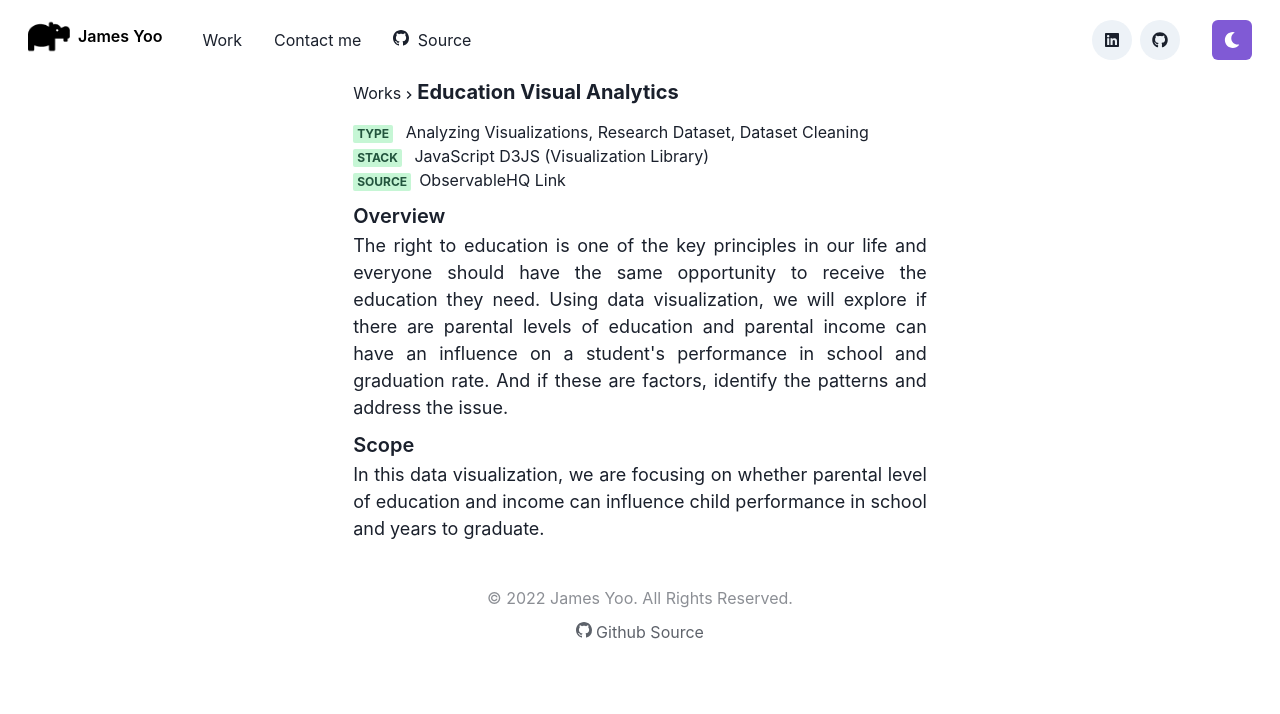
Repository: jammy729/portfolio-2022
Page: /work/educationvisualanalytics
The author's editor kept a copy of each file at every save. The page is drawn from the files as they stood at one save, then again after a run of saves.
The browser window is 1280 px wide. The pictures show the whole page.
The project was rebuilt for these pictures with package versions that can differ from the ones it lists, and the page was loaded fresh each time. Also part of the build but not shown: src/components/home.js, src/components/contact.js, src/components/layouts/layout.js, src/components/work/work.js, src/components/work/Development/WorldInstitutionDatabase/worldinstitutiondatabase.js, src/components/work/Development/GeoMemories/geomemories.js, src/components/work/Design/ExperienceDesign/experiencedesign.js, src/components/work/Development/PersonalPortfolio/personalportfolio.js. Imported but missing from the stored project, and not drawn on this page: src/components/work/Design/FinestCup/finestcup, src/components/work/Development/WorldInstitutionDatabase/universityDatabase.mp4.

Above is the page before, as saved 2022-06-28 15:02:39.

### public/index.html
<!DOCTYPE html>
<html lang="en">
  <head>
    <meta charset="utf-8" />
    <meta name="viewport" content="width=device-width, initial-scale=1" />

    <link rel="shortcut icon" href="%PUBLIC_URL%/hippo.png" />
    <link rel="manifest" href="%PUBLIC_URL%/manifest.json" />

    <title>James Yoo</title>
  </head>
  <body>
    <div id="root"></div>
  </body>
</html>

### src/index.js
import React from 'react'
import ReactDOM from 'react-dom/client'
import './index.css'
import App from './components/App'
import { ChakraProvider, ColorModeScript } from '@chakra-ui/react'

const root = ReactDOM.createRoot(document.getElementById('root'))
root.render(
  <React.StrictMode>
    <ChakraProvider>
      <ColorModeScript initialColorMode='light' />
      <App />
    </ChakraProvider>
  </React.StrictMode>
)

### src/index.css
html, body {
    height: 100%;
  }

### src/components/App.js
import React from 'react'
import Navbar from './navbar'
import { BrowserRouter as Router, Routes, Route } from 'react-router-dom'
import Home from './home'
import Contact from './contact'
import Work from './work/work'
import Footer from './footer'

import UniversityDatabase from './work/Development/WorldInstitutionDatabase/worldinstitutiondatabase'
import GeoMemories from './work/Development/GeoMemories/geomemories'
import FinestCup from './work/Design/FinestCup/finestcup'
import ExperienceDesign from './work/Design/ExperienceDesign/experiencedesign'
import EducationVisualAnalytic from './work/Development/EducationVisualAnalytics/educationvisualanalytics'
import PersonalPortfolio from './work/Development/PersonalPortfolio/personalportfolio'

const App = () => {
  return (
    <Router>
      <Navbar />
      <Routes>
        <Route exact path='/' element={<Home />} />

        <Route exact path='/work' element={<Work />} />
        <Route
          exact
          path='/work/worldinstitutiondatabase'
          element={<UniversityDatabase />}
        />
        <Route exact path='/work/geomemories' element={<GeoMemories />} />
        <Route
          exact
          path='/work/educationvisualanalytics'
          element={<EducationVisualAnalytic />}
        />
        <Route
          exact
          path='/work/personalportfolio'
          element={<PersonalPortfolio />}
        />

        <Route exact path='/work/finestcup' element={<FinestCup />} />
        <Route
          exact
          path='/work/experiencedesign'
          element={<ExperienceDesign />}
        />
        <Route exact path='/contact' element={<Contact />} />
      </Routes>
      <Footer />
    </Router>
  )
}

export default App

### src/components/navbar.js
import { Link } from 'react-router-dom'
import { IconButton } from '@chakra-ui/button'
import { useColorMode } from '@chakra-ui/color-mode'
import { HamburgerIcon } from '@chakra-ui/icons'
import { GoMarkGithub } from 'react-icons/go'
import {
  Flex,
  Stack,
  HStack,
  Spacer,
  MenuItem,
  MenuButton,
  Menu,
  MenuList,
  Box,
  MenuGroup,
  Text,
  Icon
} from '@chakra-ui/react'
import { FaSun, FaMoon, FaGithub, FaLinkedin } from 'react-icons/fa'

import Logo from './logo'
const Navbar = () => {
  const { colorMode, toggleColorMode } = useColorMode()
  const isDark = colorMode === 'dark'
  return (
    <Stack direction={'row'} p={5}>
      <Flex w='full' mx={2}>
        <Logo />

        <HStack
          ml={7}
          justifyContent='center'
          display={{ base: 'none', lg: 'flex' }}
        >
          <Menu>
            <Box px={3}>
              <Link to='./work'>
                <Text>Work</Text>
              </Link>
            </Box>
            <Box px={3}>
              <Link to='/contact'>Contact me</Link>
            </Box>
            <Box px={3} alignItems='center' display='inline-flex'>
              <a
                href='https://github.com/jammy729/portfolio-2022'
                target='blank'
              >
                <Icon as={GoMarkGithub} mr={1} /> Source
              </a>
            </Box>
          </Menu>
        </HStack>

        <Spacer />

        <Box flex={3} align='right' fontSize='md' fontWeight='semibold'>
          <Box flex={1} display={{ base: 'inline-block', lg: 'none' }}>
            <Menu isLazy id='navbar-menu'>
              <IconButton
                boxSize='3rem'
                mx={1}
                icon={isDark ? <FaSun /> : <FaMoon />}
                onClick={toggleColorMode}
                colorScheme={isDark ? 'orange' : 'purple'}
              />
              <MenuButton
                boxSize='3rem'
                as={IconButton}
                icon={<HamburgerIcon />}
                aria-label='Options'
                colorScheme={isDark ? 'blue' : 'blackAlpha'}
              />
              <MenuList w={['80vw', '50vw']}>
                <MenuGroup>
                  <MenuItem pl={5}>
                    <Link to='./work'>Work</Link>
                  </MenuItem>
                  <MenuItem pl={5}>
                    <Link to='./contact'>Contact</Link>
                  </MenuItem>
                  <MenuItem pl={5}>
                    <a
                      href='https://www.linkedin.com/in/james-yoo-b4a1231a5/'
                      target='blank'
                    >
                      <Icon as={FaLinkedin} mr={1} />
                      LinkedIn
                    </a>
                  </MenuItem>
                  <MenuItem pl={5}>
                    <a href='https://github.com/jammy729' target='blank'>
                      <Icon as={GoMarkGithub} mr={1} />
                      GitHub
                    </a>
                  </MenuItem>
                </MenuGroup>
              </MenuList>
            </Menu>
          </Box>
        </Box>

        <Box display={{ base: 'none', lg: 'flex' }}>
          <a
            href='https://www.linkedin.com/in/james-yoo-b4a1231a5/'
            target='blank'
          >
            <IconButton
              icon={<FaLinkedin />}
              isRound='true'
              linkButton={true}
              mx={2}
            />
          </a>
          <a href='https://github.com/jammy729' target='blank'>
            <IconButton icon={<FaGithub />} isRound='true' linkButton={true} />
          </a>
          <IconButton
            ml={8}
            icon={isDark ? <FaSun /> : <FaMoon />}
            onClick={toggleColorMode}
            colorScheme={isDark ? 'orange' : 'purple'}
          />
        </Box>
      </Flex>
    </Stack>
  )
}

export default Navbar

### src/components/footer.js
import { Box, Icon, Text, Container, HStack } from '@chakra-ui/react'
import styled from '@emotion/styled'
import { GoMarkGithub } from 'react-icons/go'

const Bottom = styled.div`
  position: relative;
  width: 100%;
  text-align: center;
  padding-bottom: 10px;
`

const Footer = () => {
  return (
    <Box as='footer'  w="100%" position="absolute" justifyContent="space-between" mt='2rem'>
      <Container opacity={0.5}>
        <Bottom>
          &copy; {new Date().getFullYear()} James Yoo. All Rights Reserved.
        </Bottom>
      </Container>

      <HStack>
        <Bottom>
          <a
            href='https://github.com/jammy729/portfolio-2022'
            target='_blank'
            rel='noopener noreferrer'
          >
            <Text
              opacity={0.7}
              _hover={{
                opacity: '1'
              }}
            >
              <Icon as={GoMarkGithub} mr={1} />
              Github Source
            </Text>
          </a>
        </Bottom>
      </HStack>
    </Box>
  )
}

export default Footer

### src/components/work/Development/EducationVisualAnalytics/educationvisualanalytics.js
import React from 'react'
import { Title, WorkImage, Tag } from '../../../layouts/work-grid'
import { Box, Container, List, ListItem } from '@chakra-ui/react'
import { Writing, DescriptionText } from '../../layout'

const EducationVisualAnalytics = () => {
  return (
    <Box>
      <Container>
        <Title>Education Visual Analytics</Title>
        {/* BADGES  */}
        <List>
          <ListItem>
            <Tag> Type </Tag> Analyzing Visualizations, Research Dataset,
            Dataset Cleaning
          </ListItem>
          <ListItem>
            <Tag> Stack </Tag> JavaScript D3JS (Visualization Library)
          </ListItem>
          <ListItem>
            <Tag> Source </Tag>
            <a
              target='blank'
              href='https://observablehq.com/@jamesyoo/iat-355-final-project-spring-2021/2'
            >
              ObservableHQ Link
            </a>
          </ListItem>
        </List>

        {/* OVERVIEW   */}
        <Writing size='md' title='Overview' />
        <DescriptionText>
          The right to education is one of the key principles in our life and
          everyone should have the same opportunity to receive the education
          they need. Using data visualization, we will explore if there are
          parental levels of education and parental income can have an influence
          on a student's performance in school and graduation rate. And if these
          are factors, identify the patterns and address the issue.
        </DescriptionText>

        {/* SCOPE  */}
        <Writing size='md' title='Scope' />
        <DescriptionText>
          In this data visualization, we are focusing on whether parental level
          of education and income can influence child performance in school and
          years to graduate.
        </DescriptionText>

        {/* DOMAIN QUESTIONS  */}

      </Container>
    </Box>
  )
}

export default EducationVisualAnalytics

/* <Center>
<Container>
  <Title>Education Visual Analytic</Title>
  <Text fontSize={isLargeScreen ? "lg" : "lg"} py={3}>
    Designed and implemented an interactive visualization for
    multidimensional data using Observable.{" "}
  </Text>
  <Text fontSize={isLargeScreen ? "lg" : "lg"} py={3}>
    Implemented two datasets to investigate and question the impact of
    parental levels of education and income on the student's performance
    in school and graduation rate.
  </Text>
  <List py={2}>
    <ListItem>
      <Tag>Type</Tag> Academic Project
    </ListItem>
    <ListItem>
      <Tag>Stack</Tag> JavaScript and D3JS (visualization library)
    </ListItem>
    <ListItem>
      <Tag>Website</Tag>{" "}
      <a href="https://observablehq.com/@jamesyoo/iat-355-final-project-spring-2021/2">
        https://observablehq.com/@jamesyoo/iat-355-final-project-spring-2021/2
      </a>
    </ListItem>
  </List>
</Container>
</Center> */

### src/components/logo.js
import React from 'react'
import { Box, Center, Image, Heading, Text } from '@chakra-ui/react'
import { Link } from 'react-router-dom'
import { useColorMode } from '@chakra-ui/color-mode'
import styled from '@emotion/styled'
import HippoImg from '../contents/hippo.png'
import HippoImgDark from '../contents/hippo-dark.png'
import { useMediaQuery } from '@chakra-ui/react'

const LogoBox = styled.span`
  display: inline-flex;
  align-items: center;

  &:hover img {
    transform: rotate(-10deg);
  }
`
const Logo = () => {
  const { colorMode } = useColorMode()
  const isDark = colorMode === 'dark'
  const [isLargeScreen] = useMediaQuery('(min-width:750px)')
  return (
    <Box>
      <Center>
        <LogoBox>
          <Image
            src={isDark ? HippoImgDark : HippoImg}
            w={{ base: '50px' }}
            pr={2}
          />
          <Heading
            justifyContent='center'
            size={isLargeScreen ? 'md' : 'md'}
            fontWeight='semibold'
            color={isDark ? 'white' : 'black'}
          >
            <Link to='/'>
              <Text fontSize='md'>James Yoo</Text>
            </Link>
          </Heading>
        </LogoBox>
      </Center>
    </Box>
  )
}

export default Logo

### src/components/layouts/work-grid.js
import React from 'react'
import { Link } from 'react-router-dom'
import {
  Box,
  LinkBox,
  LinkOverlay,
  Text,
  Image,
  Heading,
  Badge,
  Center
} from '@chakra-ui/react'
import { useMediaQuery } from '@chakra-ui/media-query'
import { ChevronRightIcon } from '@chakra-ui/icons'
import { useColorMode } from '@chakra-ui/color-mode'

export const WorkGrid = ({ children, id, title, thumbnail }) => {
  const [isLargeScreen] = useMediaQuery('(min-width:750px)')

  return (
    <Box maxW='100%' maxH='auto' pb={6} textAlign='center' position='relative'>
      <Link to={`/work/${id}`}>
        <LinkBox cursor='pointer'>
          <Image
            objectFit='cover'
            margin='auto'
            src={thumbnail}
            alt={title}
            placeholder='blur'
            w='100%'
            h={isLargeScreen ? '300px' : '270px'}
            borderRadius='lg'
            fallbackSrc='https://via.placeholder.com/150'
          />
          <LinkOverlay to={`/work/${id}`}>
            <Text mt={2} fontSize={20} fontWeight='semibold'>
              {title}
            </Text>
          </LinkOverlay>
          <Text fontSize={14} px={5}>
            {children}
          </Text>
        </LinkBox>
      </Link>
    </Box>
  )
}

export const Title = ({ children }) => (
  <Box>
    <Link to='/work'>Works</Link>
    <span>
      <ChevronRightIcon />
    </span>
    <Heading display='inline-block' as='h3' fontSize={20} mb={4}>
      {children}
    </Heading>
  </Box>
)

export const WorkImage = ({ src, alt, caption, w }) => {
  const { colorMode } = useColorMode()

  const isDark = colorMode === 'dark'
  return (
    <Box mb={3}>
      <Image borderRadius='2xl' w={w} src={src} alt={alt} mt={4} />
      <Center>
        <Text color={isDark ? 'gray.300' : 'gray.500'}>{caption}</Text>
      </Center>
    </Box>
  )
}

export const Tag = ({ children }) => (
  <Badge colorScheme='green' mr={2}>
    {children}
  </Badge>
)

### src/components/work/layout.js
import React from 'react'
import { Link } from 'react-router-dom'
import { useColorMode } from '@chakra-ui/color-mode'
import { useMediaQuery } from '@chakra-ui/media-query'

import {
  Center,
  Flex,
  Box,
  Text,
  Button,
  Stack,
  Heading,
  Image
} from '@chakra-ui/react'
import profile from '../work/Home/profile.JPG'
export const HeroSection = ({ name, role, work, contact, src }) => {
  const { colorMode } = useColorMode()
  const isDark = colorMode === 'dark'

  const [isLargeScreen] = useMediaQuery('(min-width:750px)')
  return (
    <Center>
      <Flex>
        <Box>
          <Center>
            <Image
              boxSize={isLargeScreen ? '300px' : '250px'}
              src={profile}
              objectFit='cover'
              borderRadius='lg'
            />
          </Center>

          <Text fontSize='3xl' fontWeight='semibold'>
            {name}
          </Text>
          <Text color={isDark ? 'gray.200' : 'black'} mb={4}>
            {role}
          </Text>
          <Stack direction={isLargeScreen ? 'row' : 'column'}>
            <Link to='./work'>
              <Button
                colorScheme='teal'
                cursor='pointer'
                variant='solid'
                w='100%'
              >
                {work}
              </Button>
            </Link>

            <Link to='./contact'>
              <Button
                colorScheme='teal'
                cursor='pointer'
                variant='outline'
                w='100%'
              >
                {contact}
              </Button>
            </Link>
          </Stack>
        </Box>
      </Flex>
    </Center>
  )
}

export const About = ({ title, bio }) => {
  const [isLargeScreen] = useMediaQuery('(min-width:750px)')

  return (
    <Center>
      <Box width={isLargeScreen ? '600px' : '80%'} margin='auto'>
        <Heading size={isLargeScreen ? 'md' : 'lg'} as='u'>
          {title}
        </Heading>
        <Text
          textAlign='justify'
          py='10px'
          fontSize={{ sm: 'lg', md: 'lg', lg: 'md' }}
        >
          {bio}
        </Text>
      </Box>
    </Center>
  )
}

export const Writings = ({ size, title, description }) => {
  return (
    <>
      <Heading size={size} mt={3} mb={1} fontWeight='semibold'>
        {title}
      </Heading>
      <Text mb={3} fontSize='lg' textAlign='justify'>
        {description}
      </Text>
    </>
  )
}

export const Writing = ({ size, title }) => {
  return (
    <>
      <Heading size={size} mt={3} mb={1} fontWeight='semibold'>
        {title}
      </Heading>
    </>
  )
}

export const DescriptionText = ({ children }) => {
  return (
    <>
      <Text mb={3} fontSize='lg' textAlign='justify'>
        {children}
      </Text>
    </>
  )
}

After the next 3 saves:
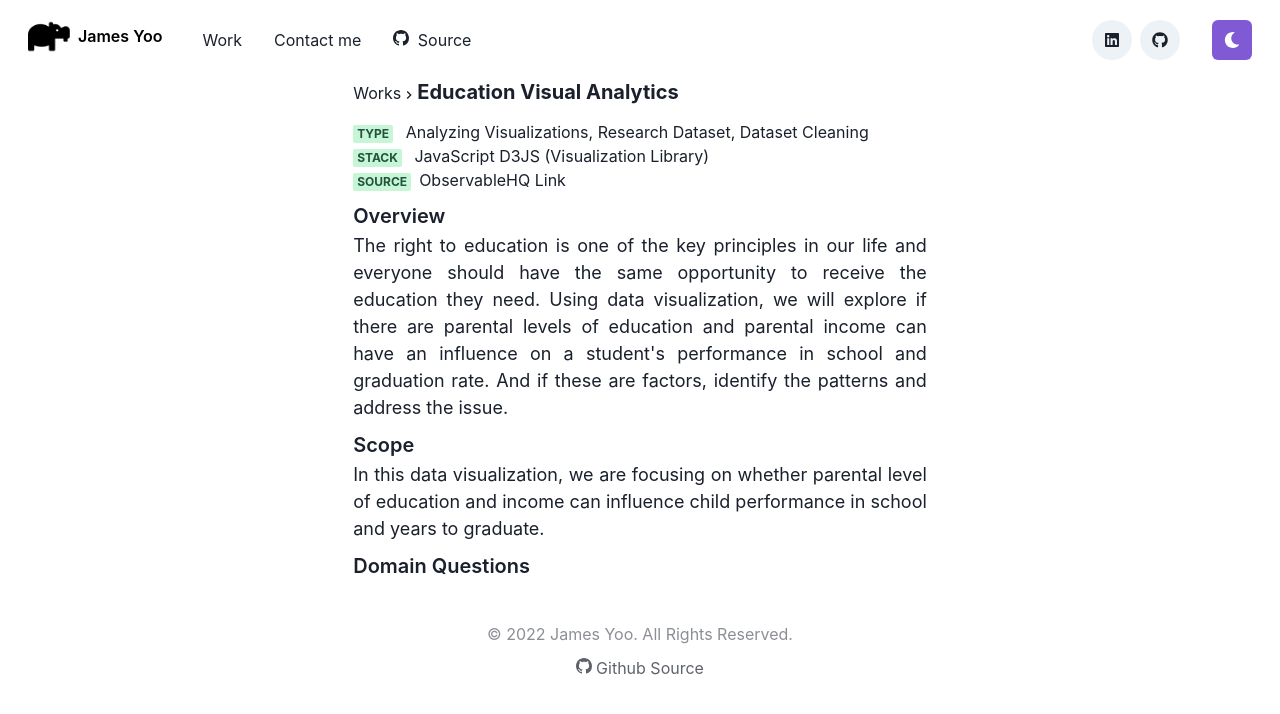
The 3 saves are shown as one change because 2 did not build or start.
The last was saved 4 min 44 s later.
--- a/src/components/work/Development/EducationVisualAnalytics/educationvisualanalytics.js
+++ b/src/components/work/Development/EducationVisualAnalytics/educationvisualanalytics.js
@@ -48,7 +48,10 @@ const EducationVisualAnalytics = () => {
         </DescriptionText>
 
         {/* DOMAIN QUESTIONS  */}
+        <Writing size="md" title='Domain Questions' />
+        <DescriptionText>
 
+        </DescriptionText>
       </Container>
     </Box>
   )
